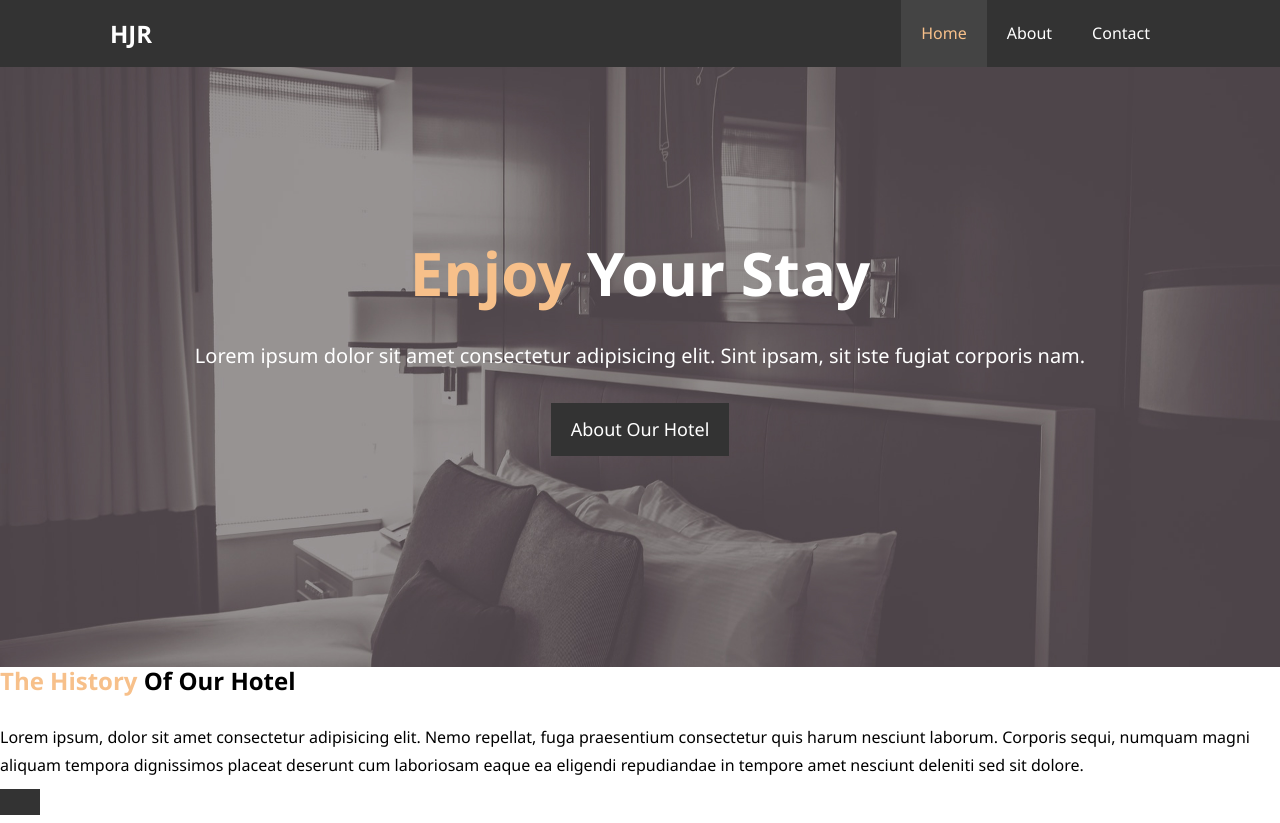
Repository: dimlutine/Hotel-Project
Page: index.html
These files come from the project's save history. The page is drawn as it stood at one moment and after the next save; the edit follows.
The browser window is 1280 px wide. The pictures show the whole page.

Above is the page before, as saved 2019-07-05 22:12:21.

### index.html
<!DOCTYPE html>
<html lang="en">

<head>
    <meta charset="UTF-8">
    <meta name="viewport" content="width=device-width, initial-scale=1.0">
    <meta http-equiv="X-UA-Compatible" content="ie=edge">
    <meta name="description" content="Welcome to the neatest hotel in Durham, North Carolina!">
    <meta name="keywords" content="hotel,durham hotel, north carolina hotel, rdu hotel">
    <link rel="stylesheet" href="css/style.css">
    <title>Hotel JR | Durham Hotel</title>
</head>

<body>
    <header>
        <nav id="navbar">
            <div class="container">
                <h1 class="logo"><a href="index.html">HJR</a></h1>
                <ul>
                    <li><a class="current" href="index.html">Home</a></li>
                    <li><a href="about.html">About</a></li>
                    <li><a href="contact.html">Contact</a></li>
                </ul>
            </div>

        </nav>
        <div id="showcase">
            <div class="container">
                <div class="showcase-content">
                    <h1>
                        <span class="text-primary">Enjoy</span> Your Stay
                    </h1>
                    <p class="lead">Lorem ipsum dolor sit amet consectetur adipisicing elit. Sint ipsam, sit iste fugiat corporis nam.</p>
                    <a class="btn" href="about.html">About Our Hotel</a>
                </div>
            </div>
        </div>
    </header>

    <section id="home-info" class="bg-dark">
        <div class="info-img"></div>
        <div class="info-content">
            <h2><span class="text-primary">The History </span>Of Our Hotel</h2>
            <p>Lorem ipsum, dolor sit amet consectetur adipisicing elit. Nemo repellat, fuga praesentium consectetur quis harum nesciunt laborum. Corporis sequi, numquam magni aliquam tempora dignissimos placeat deserunt cum laboriosam eaque ea eligendi
                repudiandae in tempore amet nesciunt deleniti sed sit dolore.</p>
            <a href="about.html" class="btn btn-light"></a>
        </div>
    </section>
</body>

</html>

### css/style.css
* {
    padding: 0;
    margin: 0;
    box-sizing: border-box;
}

html,
body {
    font-family: 'Segoe UI', 'Segoe UI', Tahoma, Geneva, Verdana, sans-serif;
    line-height: 1.7em;
}

a {
    color: #333;
    text-decoration: none;
}

h1,
h2,
h3 {
    padding-bottom: 20px;
}

p {
    margin: 10px 0;
}


/* Utilities */

.container {
    margin: auto;
    max-width: 1100px;
    overflow: auto;
    padding: 0 20px;
}

.text-primary {
    color: #f7c08a;
}

.lead {
    font-size: 20px;
}

.btn {
    display: inline-block;
    font-size: 18px;
    color: #fff;
    background: #333;
    padding: 13px 20px;
    border: none;
    cursor: pointer;
}

.btn:hover {
    background: #f7c08a;
    color: #333;
}

#navbar {
    background: #333;
    color: #fff;
    overflow: auto;
}

#navbar a {
    color: #fff;
}

#navbar h1 {
    float: left;
    padding-top: 20px;
}

#navbar ul {
    float: right;
    list-style: none;
}

#navbar ul li {
    float: left;
}

#navbar ul li a {
    display: block;
    padding: 20px;
    text-align: center;
}

#navbar ul li a:hover,
#navbar ul li a.current {
    background: #444;
    color: #f7c08a;
}


/* Showcase */

#showcase {
    background: url('../img/showcase.jpg') no-repeat center center/cover;
    height: 600px;
}

#showcase .showcase-content {
    color: #fff;
    text-align: center;
    padding-top: 170px;
}

#showcase .showcase-content h1 {
    font-size: 60px;
    line-height: 1.2em;
}

#showcase .showcase-content p {
    padding-bottom: 20px;
    line-height: 1.7em;
}

After the next save:
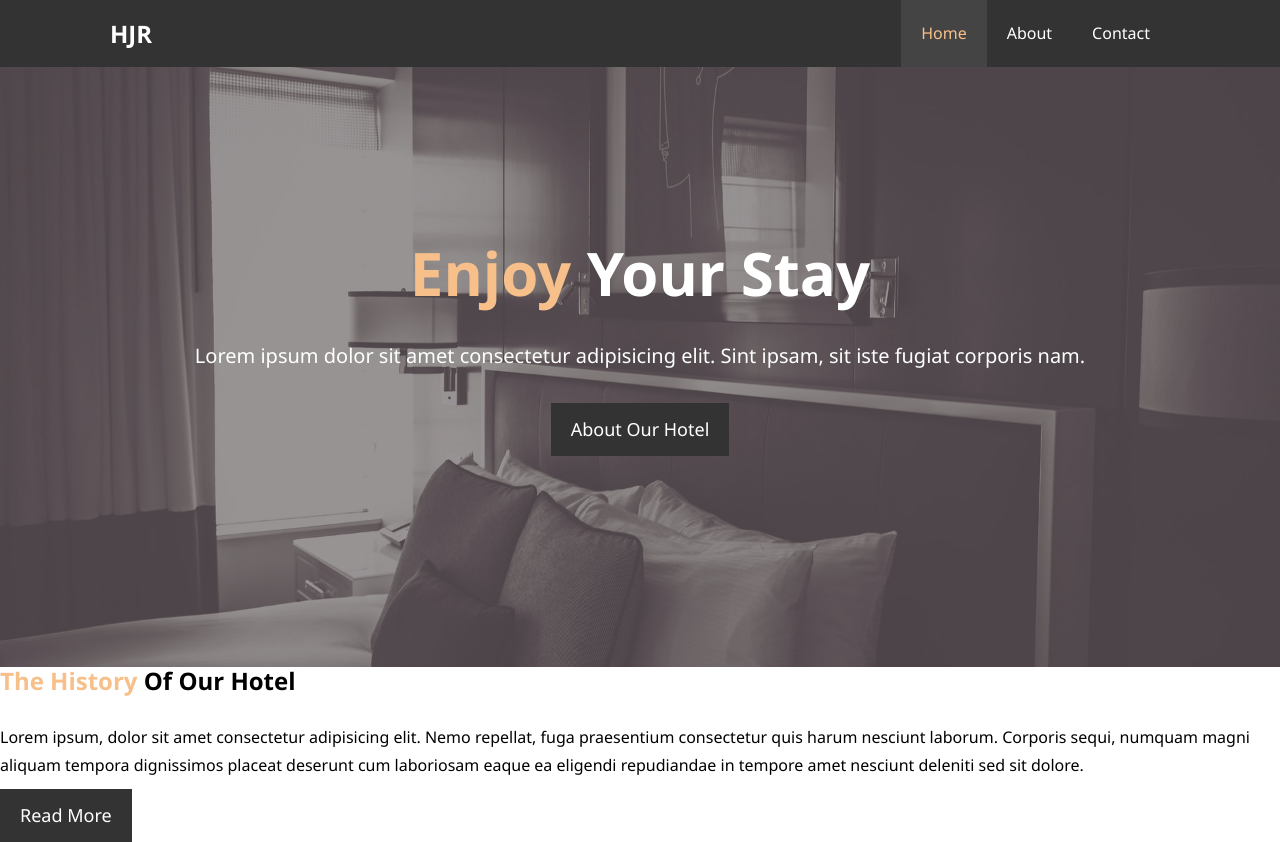
Saved 12 s later.
--- a/index.html
+++ b/index.html
@@ -43,7 +43,7 @@
             <h2><span class="text-primary">The History </span>Of Our Hotel</h2>
             <p>Lorem ipsum, dolor sit amet consectetur adipisicing elit. Nemo repellat, fuga praesentium consectetur quis harum nesciunt laborum. Corporis sequi, numquam magni aliquam tempora dignissimos placeat deserunt cum laboriosam eaque ea eligendi
                 repudiandae in tempore amet nesciunt deleniti sed sit dolore.</p>
-            <a href="about.html" class="btn btn-light"></a>
+            <a href="about.html" class="btn btn-light">Read More</a>
         </div>
     </section>
 </body>
